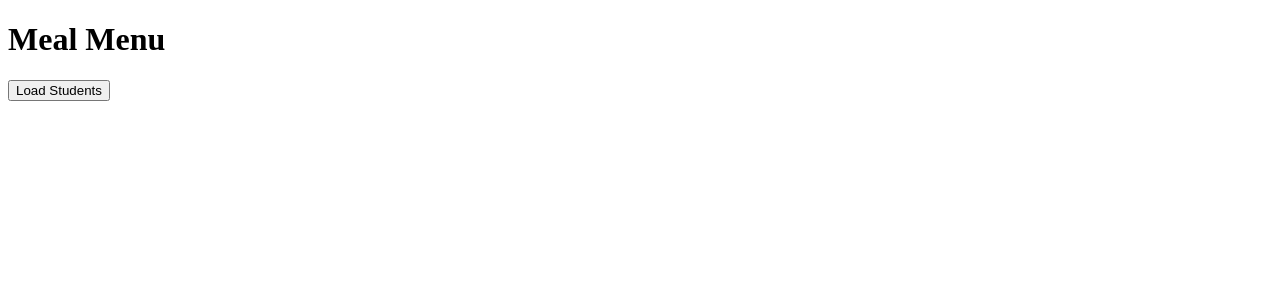
Repository: sodiumbicarbonate-29/manondo-dinnesh-meal-api
Page: index.html
The author's editor kept a copy of each file at every save. The page is drawn from the files as they stood at one save, then again after the next save.
The browser window is 1280 px wide. The pictures show the whole page.

Above is the page before, as saved 2026-09-15 19:00:58.

After the next save:
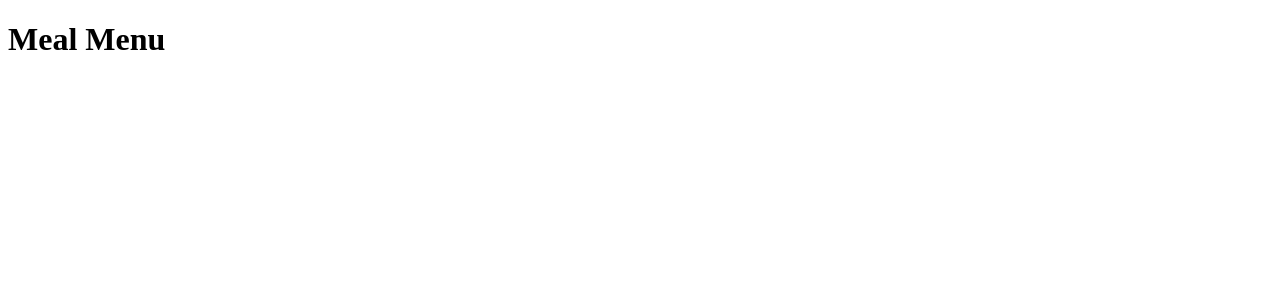
Saved 47 s later.
--- a/index.html
+++ b/index.html
@@ -9,21 +9,18 @@
 
     <h1>Meal Menu</h1>
 
-    <button onclick="loadStudents()">Load Students</button>
-
-    <ul id="studentList"></ul>
 
     <script>
         async function loadStudents(){
-            const response = await fetch('/students');
+            const response = await fetch('/api/menu');
             const students = await response.json();
-            const list = document.getElementById('studentList');
+            const list = document.getElementById('menuList');
 
             list.innerHTML = "";
 
-            students.forEach(student => {
+            students.forEach(menu => {
                 const item = document.createElement("li")
-                item.textContent = `${student.name} - ${student.course}`;
+                item.textContent = `${menu.name} - ${menu.price}`;
 
                 list.appendChild(item);
             });
